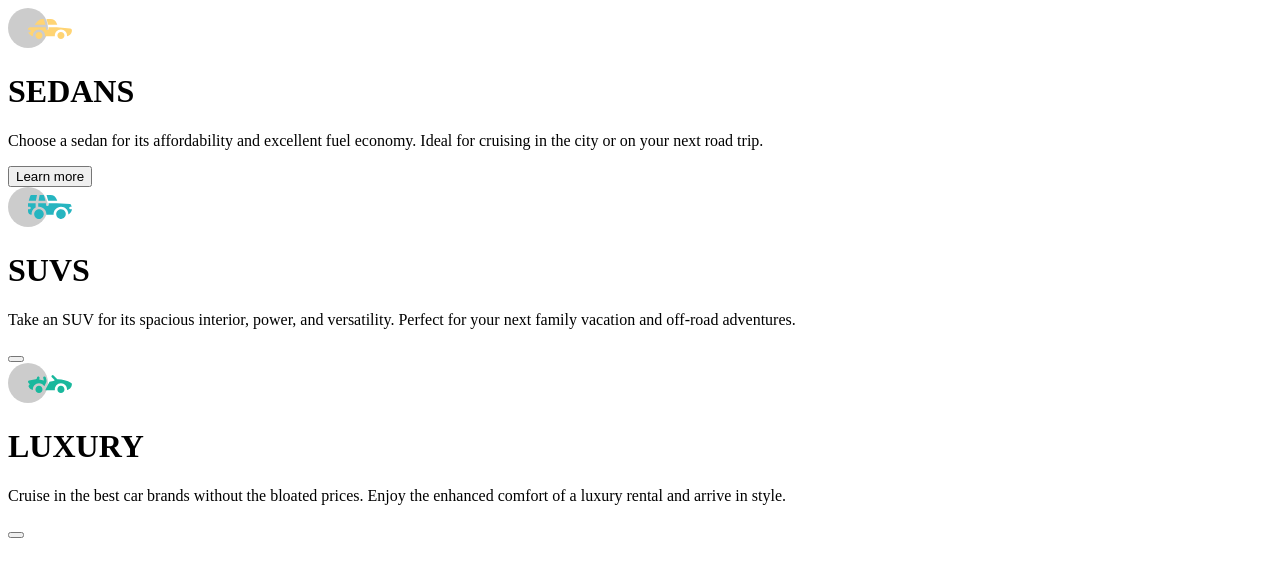
Repository: Pawan-pediredla/frontend-mentors
Page: 3-column-preview-card-component/3-column-preview-card-component-main/markup/index.html
These files come from the project's save history. The page is drawn as it stood at one moment and after the next save; the edit follows.
The browser window is 1280 px wide. The pictures show the whole page.

Above is the page before, as saved 2024-06-22 12:49:12.

### 3-column-preview-card-component/3-column-preview-card-component-main/markup/index.html
<!DOCTYPE html>
<html lang="en">
<head>
  <meta charset="UTF-8">
  <meta name="viewport" content="width=device-width, initial-scale=1.0"> <!-- displays site properly based on user's device -->

  <link rel="icon" type="image/png" sizes="32x32" href="./images/favicon-32x32.png">

  <title>Frontend Mentor | 3-column preview card component</title>

<link rel="stylesheet" href="../styling/index.css"/>
</head>
<body>
  <main>
    <div class="box" id="sedans">
      <img src="../images/icon-sedans.svg" alt="sedans-img"/>
      <h1>SEDANS</h1>
      <p>
        Choose a sedan for its affordability and excellent fuel economy. Ideal for cruising in the city
          or on your next road trip.
      </p>
<button class="sedandsb">Learn more</button>
    </div>
    <div class="box" id="suvs">
      <img src="../images/icon-suvs.svg" alt="suvs-img"/>
      <h1>
        SUVS
      </h1>
      <p>Take an SUV for its spacious interior, power, and versatility. Perfect for your next family vacation
        and off-road adventures.

      </p>
      <button class="suvsb">

      </button>
    </div>
    <div class="box" id="luxury">
      <img src="../images/icon-luxury.svg" alt="luxury-img"/>
      <h1>LUXURY</h1>
      <p>
        Cruise in the best car brands without the bloated prices. Enjoy the enhanced comfort of a luxury
          rental and arrive in style.
      </p>
      <button class="luxuryb">

      </button>
    </div>
  </main>
</body>
</html>

### 3-column-preview-card-component/3-column-preview-card-component-main/styling/index.css
.attribution { font-size: 11px; text-align: center; }
    .attribution a { color: hsl(228, 45%, 44%); }

After the next save:
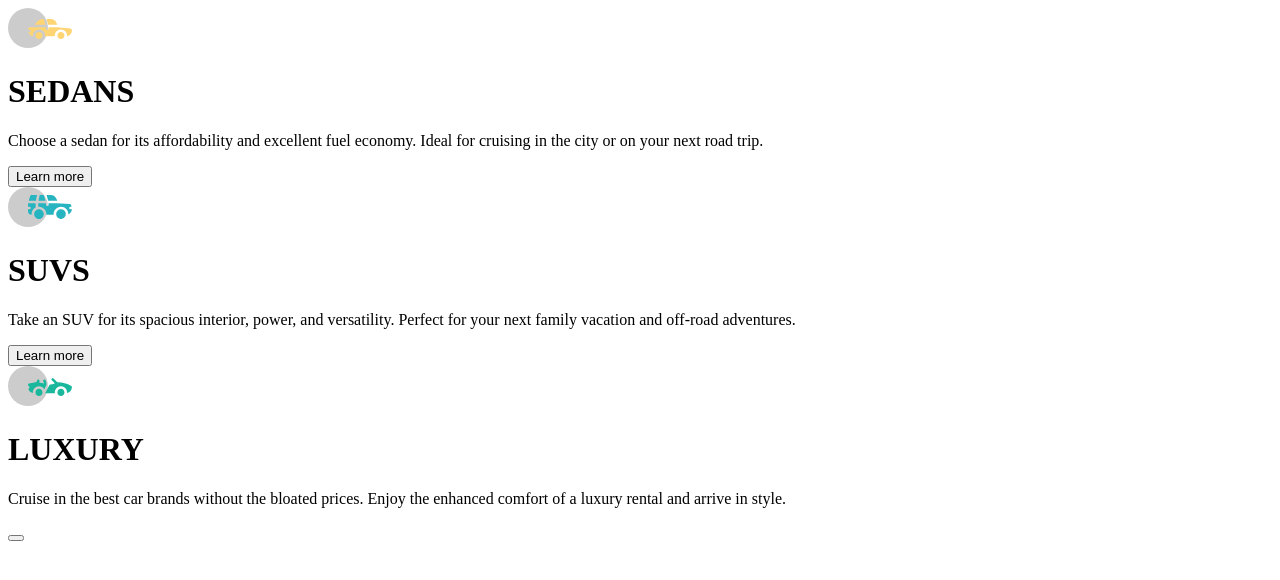
Saved 9 s later.
--- a/3-column-preview-card-component/3-column-preview-card-component-main/markup/index.html
+++ b/3-column-preview-card-component/3-column-preview-card-component-main/markup/index.html
@@ -31,7 +31,7 @@
 
       </p>
       <button class="suvsb">
-
+Learn more
       </button>
     </div>
     <div class="box" id="luxury">
